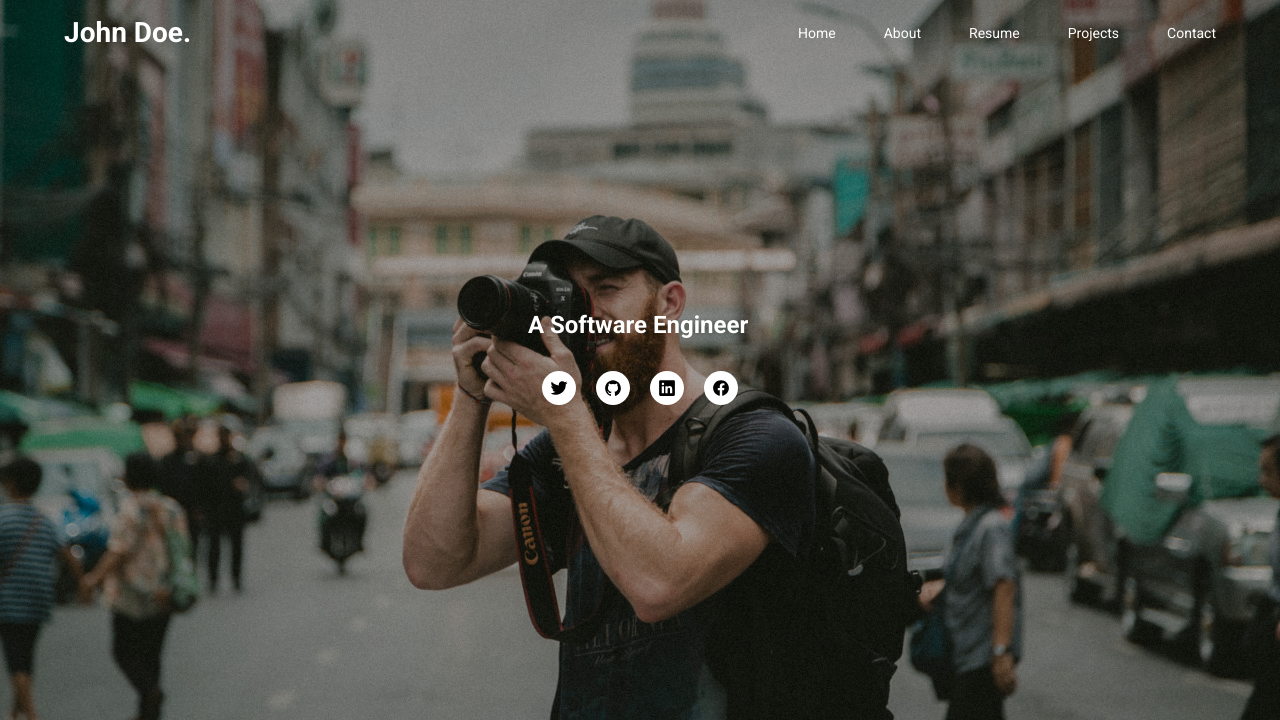
Repository: DevAntonioRogers/portfolio-tutorial
Page: index.html
An editor plug-in stored every save of this project. The page is shown before and after the next save, followed by the edit.
The browser window is 1280 px wide. The pictures show the whole page.

Above is the page before, as saved 2023-10-31 23:19:32.

After the next save:
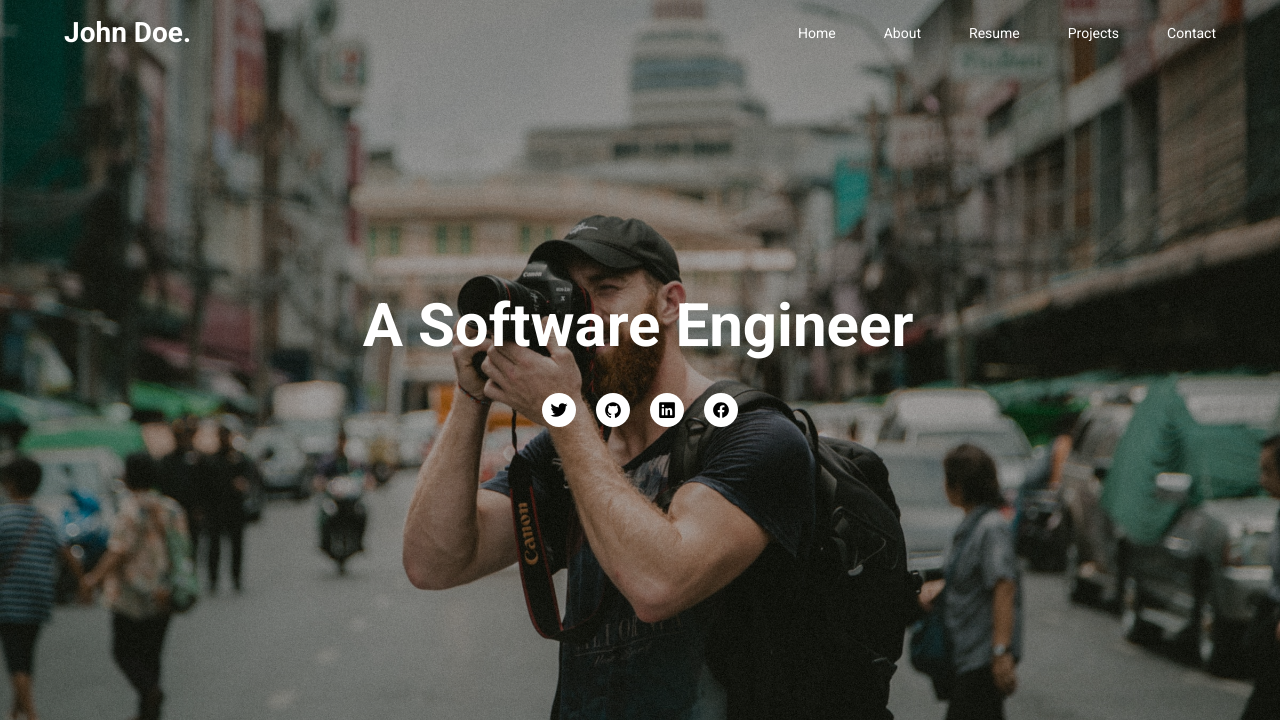
Saved 23 s later.
--- a/styles/hero.css
+++ b/styles/hero.css
@@ -45,3 +45,7 @@
 .hero-text {
   display: flex;
 }
+
+.hero-content h2 {
+  font-size: 60px;
+}
